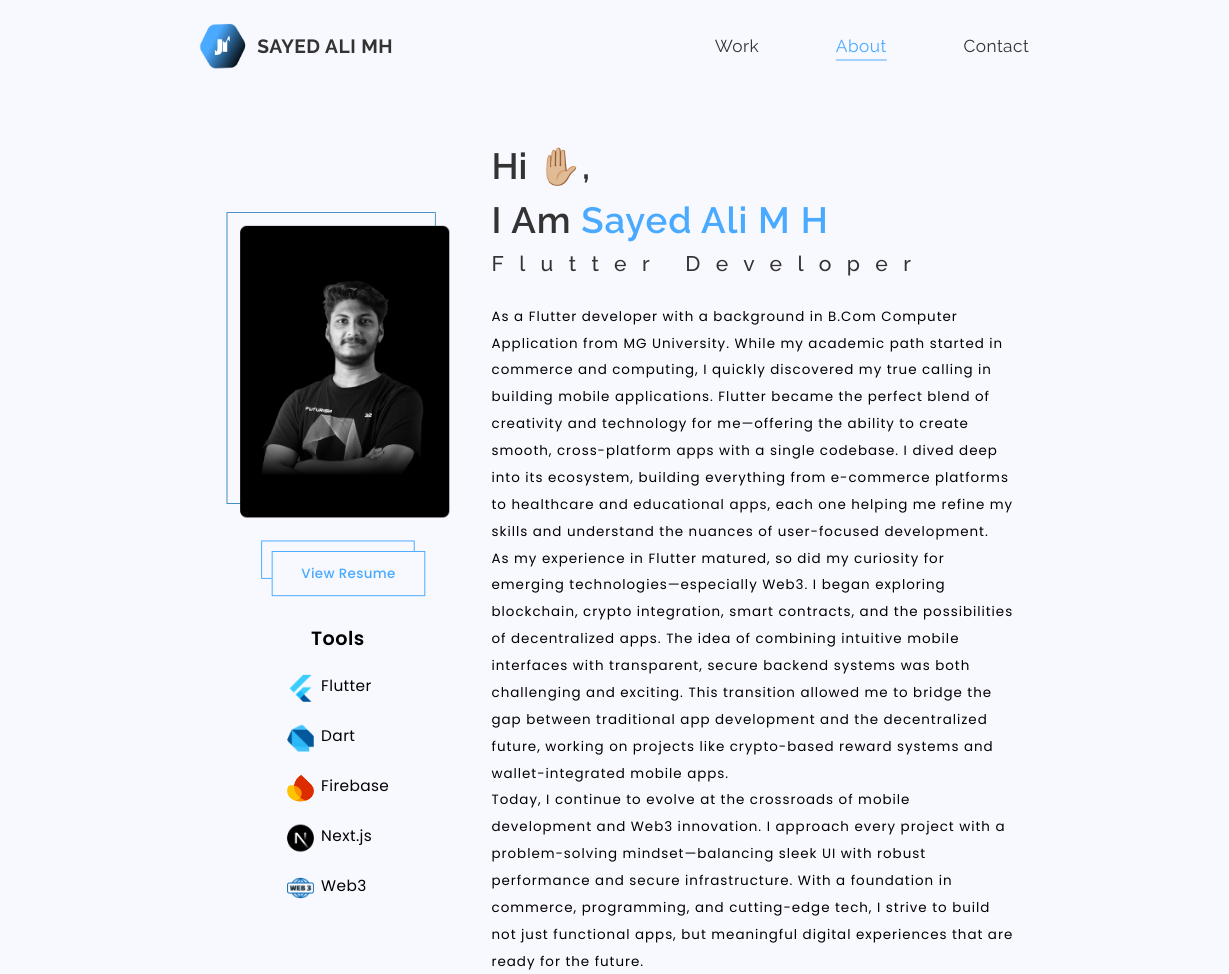
Repository: sayedali-2129/sayedali-portfolio
Page: /about
The author's editor kept a copy of each file at every save. The page is drawn from the files as they stood at one save, then again after the next save.
The browser window is 1280 px wide. The pictures show the whole page, at 96% of full size.
The project was rebuilt for these pictures with package versions that can differ from the ones it lists, and the page was loaded fresh each time. The framework's server and built-in components were replaced by stand-ins that run in the browser. Also part of the build but not shown: next.config.ts.

Above is the page before, as saved 2025-05-25 17:16:29.

### src/app/about/page.tsx
import About from "@/features/about/presentation/About";

function AboutPage() {
  return <About />;
}
export default AboutPage;

### src/features/about/presentation/About.tsx
import NavBar from "@/features/home/components/NavBar";
import AboutBody from "../components/AboutBody";

function About() {
  return (
    <div>
      <NavBar />
      <AboutBody />
    </div>
  );
}

export default About;

### src/features/home/components/NavBar.tsx
"use client";

import CloseIcon from "@/assets/icons/close-icon.png";
import Logo from "@/assets/icons/logo.png";
import MenuIcon from "@/assets/icons/menu.png";
import Image from "next/image";
import Link from "next/link";
import { usePathname } from "next/navigation";
import { useEffect, useState } from "react";

export default function NavBar() {
  const [showMenu, setShowMenu] = useState(false);
  const [mounted, setMounted] = useState(false);
  const pathname = usePathname();

  useEffect(() => {
    setMounted(true);
  }, []);

  const openMenu = () => {
    setShowMenu(!showMenu);
  };

  const navBarItemClass =
    "text-TextColor sm:font-RalewayRegular sm:text-lg text-[16px] font-RalewaySemiBold tracking-wide hover:cursor-pointer hover:text-TextBlue";

  return (
    <div className="z-50 md:h-24 h-20 w-full bg-BackGroundColor fixed xl:px-52 md:px-32 sm:px-16 px-4 flex flex-row items-center justify-between">
      <ul className="flex gap-2 items-center">
        <li>
          <Link href="/">
            <Image
              src={Logo}
              alt="SAYED ALI MH LOGO"
              className="md:h-12 md:w-12 h-10 w-10"
            />
          </Link>
        </li>
        <li>
          <Link
            href="/"
            className="ml-1 text-TextColor md:text-xl text-[16px] font-RalewayBold tracking-wide"
          >
            SAYED ALI MH
          </Link>
        </li>
      </ul>

      <ul className="hidden sm:flex flex-row xl:gap-20 md:gap-14 sm:gap-9">
        <li>
          <Link
            href="/"
            className={`${
              pathname === "/"
                ? "text-TextBlue underline underline-offset-8"
                : "text-TextColor"
            } sm:font-RalewayRegular sm:text-lg text-[16px] font-RalewaySemiBold tracking-wide hover:cursor-pointer hover:text-TextBlue`}
          >
            Work
          </Link>
        </li>

        <li>
          <Link
            href="/about"
            className={`${
              pathname === "/about"
                ? "text-TextBlue underline underline-offset-8"
                : "text-TextColor"
            } sm:font-RalewayRegular sm:text-lg text-[16px] font-RalewaySemiBold tracking-wide hover:cursor-pointer hover:text-TextBlue`}
          >
            About
          </Link>
        </li>

        <li>
          <a
            href="mailto:sayedalimh@gmail.com"
            target="_blank"
            rel="noopener noreferrer"
            className={navBarItemClass}
          >
            Contact
          </a>
        </li>
      </ul>
      <Image
        src={MenuIcon}
        alt="Menu Icon"
        onClick={openMenu}
        className="flex sm:hidden h-8 w-8 hover:cursor-pointer"
      />
      {mounted && (
        <>
          <div
            className={`fixed inset-0 bg-black/50 transition-opacity duration-300 sm:hidden ${
              showMenu ? "opacity-100" : "opacity-0 pointer-events-none"
            }`}
            onClick={openMenu}
          />
          <div
            className={`z-50 flex sm:hidden flex-col gap-2 rounded-xl absolute top-24 left-1/2 transform -translate-x-1/2 bg-BackGroundColor p-3 w-60 items-center transition-all duration-300 ${
              showMenu
                ? "opacity-100 translate-y-0"
                : "opacity-0 -translate-y-4 pointer-events-none"
            }`}
          >
            <div className="flex flex-row justify-end w-full">
              <Image
                src={CloseIcon}
                alt="Menu Close Icon"
                onClick={openMenu}
                className="h-6 w-6 hover:cursor-pointer"
              />
            </div>
            <Link href="/" className={navBarItemClass}>
              Work
            </Link>
            <Link href="/about" className={navBarItemClass}>
              About
            </Link>
            <a
              href="mailto:sayedalimh@gmail.com"
              target="_blank"
              rel="noopener noreferrer"
              className={navBarItemClass}
            >
              Contact
            </a>
          </div>
        </>
      )}
    </div>
  );
}

### src/features/about/components/AboutBody.tsx
import DartIcon from "@/assets/icons/dart-icon.png";
import FirebaseIcon from "@/assets/icons/firebase-icon.png";
import FlutterIcon from "@/assets/icons/flutter-icon.png";
import NextIcon from "@/assets/icons/nextjs-icon.png";
import Web3Icon from "@/assets/icons/web-3-icon.png";
import SayedAli from "@/assets/images/sayed ali.png";
import Image from "next/image";

export default function AboutBody() {
  return (
    <div className="pt-36 xl:px-52 md:px-20 sm:px-12 px-2 flex flex-wrap items-center justify-center md:gap-0 gap-12">
      <div className="md:w-1/3  flex flex-col items-center">
        <Image
          src={SayedAli}
          className="md:w-[232px] w-[200px] md:h-[318px] h-[270px] "
          alt="Sayed Ali Flutter Developer image"
        />
        <div className="mt-6 w-40 h-10  px-[10px] py-[10px] border border-TextBlue relative">
          <a
            href="https://drive.google.com/file/d/1XpBqr2Nca2le6zMz7zG3WaW7BrghwNyU/view"
            download="Jaseel Rahman CV.pdf"
            className="absolute w-40 border border-TextBlue bg-BackGroundColor flex items-center cursor-pointer justify-center px-5 py-3 text-[14px] text-TextBlue tracking-wide hover:underline underline-offset-4 font-PoppinsMedium"
          >
            View Resume
          </a>
        </div>

        <h3 className="mt-12 font-PoppinsSemiBold tracking-wide text-xl">
          Tools
        </h3>

        <div>
          <ul className="mt-6 flex gap-2">
            <li>
              <Image
                src={FlutterIcon}
                alt="Flutter"
                className="md:w-7 w-6 md:h-7 h-6"
              />
            </li>
            <li>
              <h4 className=" font-PoppinsRegular tracking-wide text-base">
                Flutter
              </h4>
            </li>
          </ul>
          <ul className="mt-6 flex gap-2">
            <li>
              <Image
                src={DartIcon}
                alt="Dart"
                className="md:w-7 w-6 md:h-7 h-6"
              />
            </li>
            <li>
              <h4 className=" font-PoppinsRegular tracking-wide text-base">
                Dart
              </h4>
            </li>
          </ul>
          <ul className="mt-6 flex gap-2">
            <li>
              <Image
                src={FirebaseIcon}
                alt="Firebase"
                className="md:w-7 w-6 md:h-7 h-6"
              />
            </li>
            <li>
              <h4 className=" font-PoppinsRegular tracking-wide text-base">
                Firebase
              </h4>
            </li>
          </ul>
          <ul className="mt-6 flex gap-2">
            <li>
              <Image
                src={NextIcon}
                alt="Next.js"
                className="md:w-7 w-6 md:h-7 h-6"
              />
            </li>
            <li>
              <h4 className=" font-PoppinsRegular tracking-wide text-base">
                Next.js
              </h4>
            </li>
          </ul>
          <ul className="mt-6 flex gap-2">
            <li>
              <Image
                src={Web3Icon}
                alt="Web3"
                className="md:w-7 w-6 md:h-7 h-6"
              />
            </li>
            <li>
              <h4 className=" font-PoppinsRegular tracking-wide text-base">
                Web3
              </h4>
            </li>
          </ul>
        </div>
      </div>
      {/* right section */}
      <div className="sm:w-4/6 px-4 ">
        <h2 className="sm:text-[38px] text-[30px] font-RalewaySemiBold text-TextColor">
          Hi ✋🏼,
        </h2>
        <h2 className="sm:text-[38px] text-[30px] font-RalewaySemiBold text-TextColor tracking-wide">
          I Am <span className="text-TextBlue">Sayed Ali M H</span>
        </h2>
        <h3 className="text-TextColor font-RalewayMedium sm:text-[22px] text-[18px] sm:tracking-[16px] tracking-[12px]">
          Flutter Developer
        </h3>
        <p className="mt-6 font-PoppinsRegular  text-[14px] leading-7 sm:tracking-[1px] tracking-[1px]">
          As a Flutter developer with a background in B.Com Computer Application
          from MG University. While my academic path started in commerce and
          computing, I quickly discovered my true calling in building mobile
          applications. Flutter became the perfect blend of creativity and
          technology for me—offering the ability to create smooth,
          cross-platform apps with a single codebase. I dived deep into its
          ecosystem, building everything from e-commerce platforms to healthcare
          and educational apps, each one helping me refine my skills and
          understand the nuances of user-focused development.
          <br />
          As my experience in Flutter matured, so did my curiosity for emerging
          technologies—especially Web3. I began exploring blockchain, crypto
          integration, smart contracts, and the possibilities of decentralized
          apps. The idea of combining intuitive mobile interfaces with
          transparent, secure backend systems was both challenging and exciting.
          This transition allowed me to bridge the gap between traditional app
          development and the decentralized future, working on projects like
          crypto-based reward systems and wallet-integrated mobile apps.
          <br />
          Today, I continue to evolve at the crossroads of mobile development
          and Web3 innovation. I approach every project with a problem-solving
          mindset—balancing sleek UI with robust performance and secure
          infrastructure. With a foundation in commerce, programming, and
          cutting-edge tech, I strive to build not just functional apps, but
          meaningful digital experiences that are ready for the future.
        </p>
      </div>
    </div>
  );
}

Loaded but not shown: src/app/layout.tsx (common file); src/app/globals.css (common file)

After the next save:
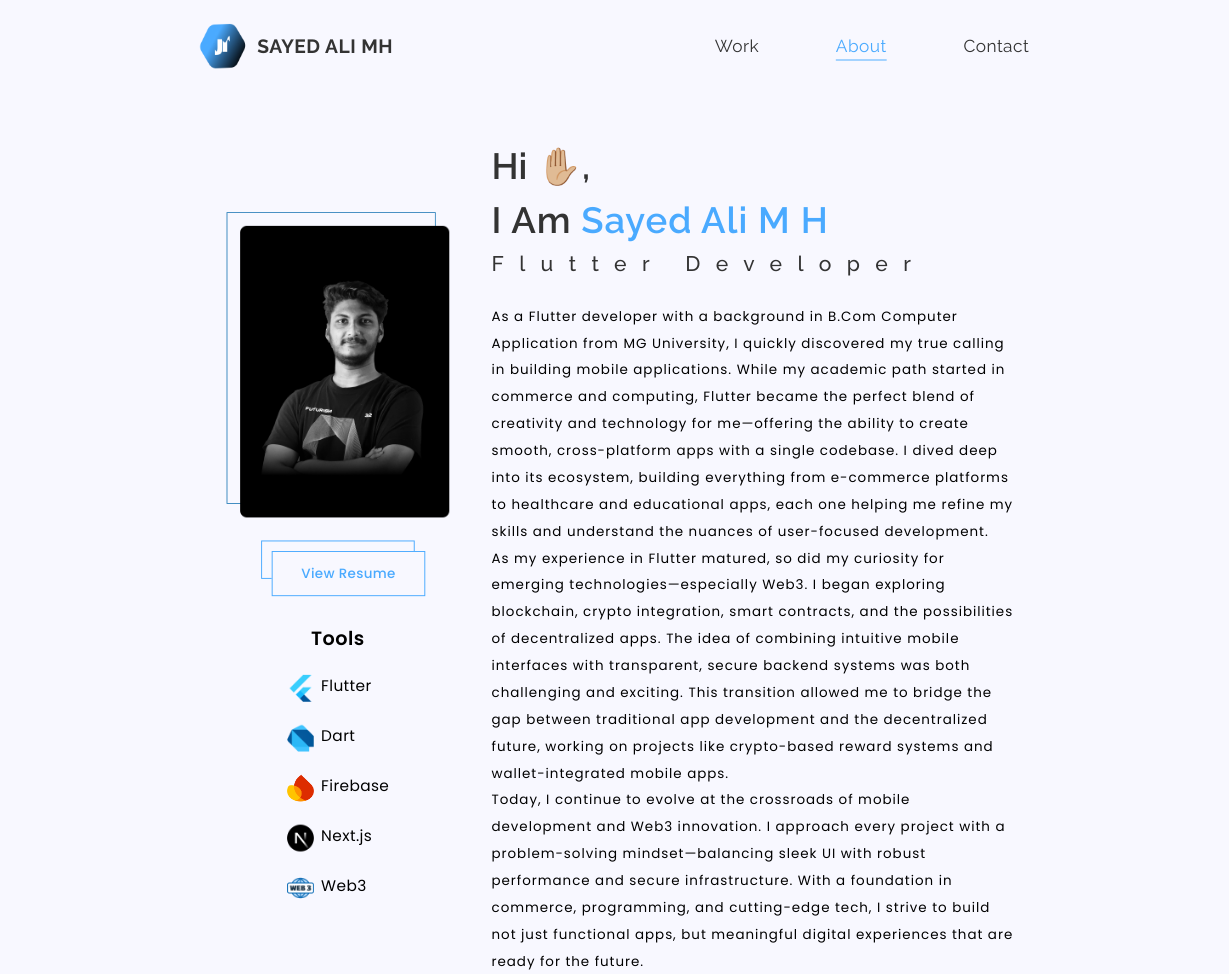
Saved 49 s later.
--- a/src/features/about/components/AboutBody.tsx
+++ b/src/features/about/components/AboutBody.tsx
@@ -115,9 +115,9 @@
         </h3>
         <p className="mt-6 font-PoppinsRegular  text-[14px] leading-7 sm:tracking-[1px] tracking-[1px]">
           As a Flutter developer with a background in B.Com Computer Application
-          from MG University. While my academic path started in commerce and
-          computing, I quickly discovered my true calling in building mobile
-          applications. Flutter became the perfect blend of creativity and
+          from MG University, I quickly discovered my true calling in building
+          mobile applications. While my academic path started in commerce and
+          computing, Flutter became the perfect blend of creativity and
           technology for me—offering the ability to create smooth,
           cross-platform apps with a single codebase. I dived deep into its
           ecosystem, building everything from e-commerce platforms to healthcare
